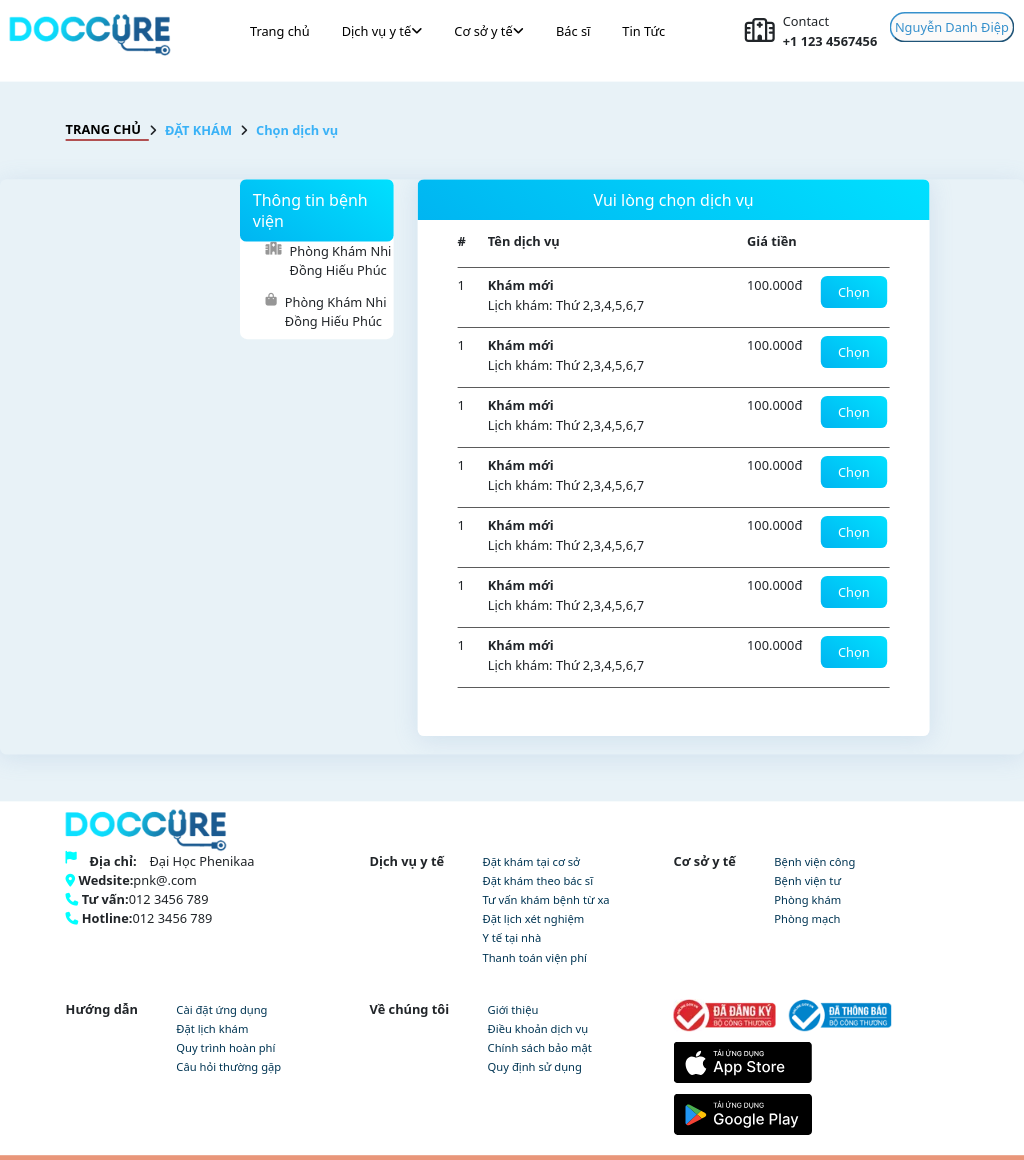
Repository: tuanminhh03/DACS-Complete
Page: http://localhost/web-user/datkhamvoibacsi.php
An editor plug-in stored every save of this project. The page is shown before and after the next save, followed by the edit.
The browser window is 1280 px wide. The pictures show the whole page, at 80% of full size.
The page is run by PHP 8.4 with error messages shown; the project is at /var/www/html/.

Above is the page before, as saved 2023-11-11 17:52:18.

After the next save:
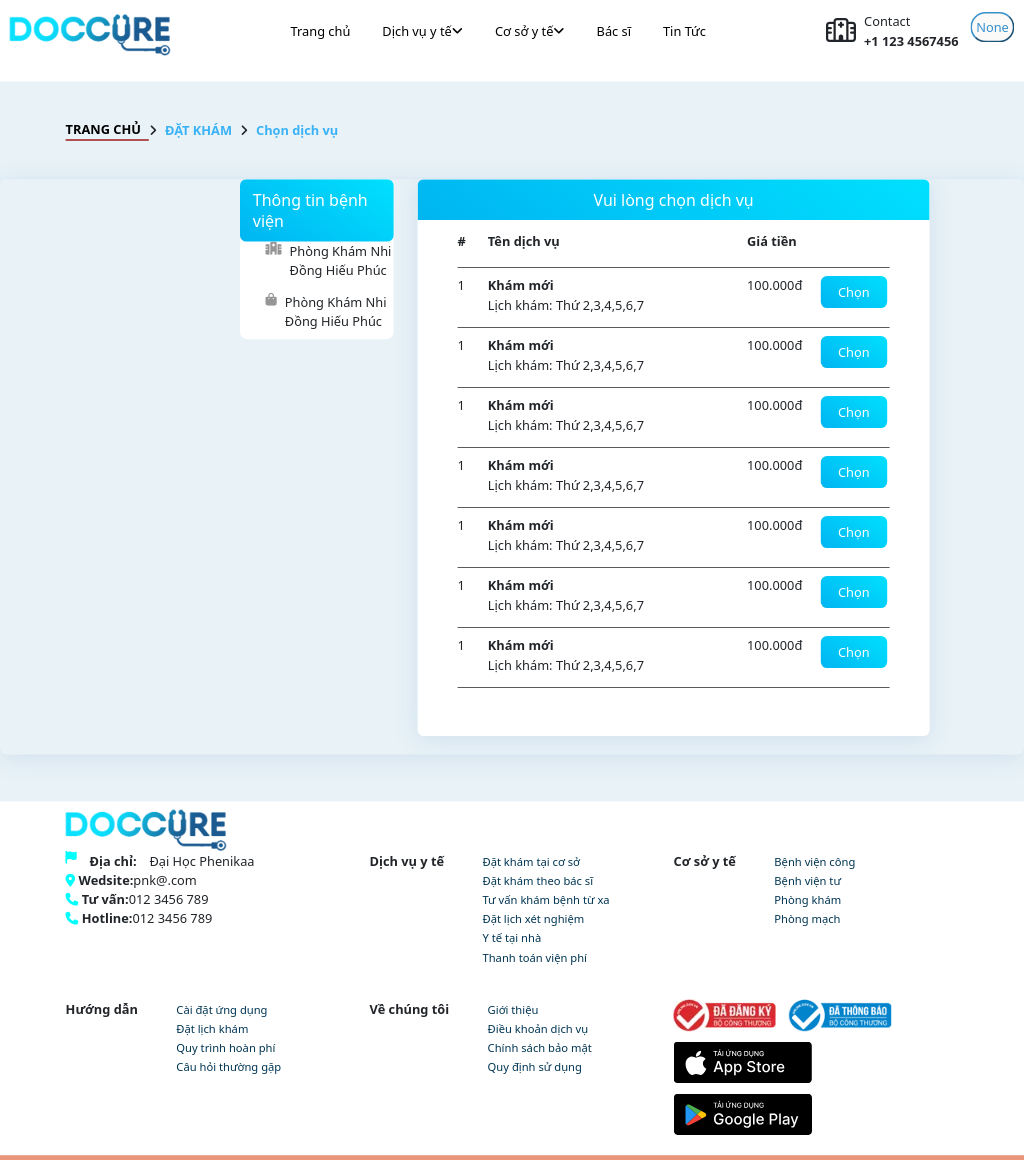
Saved 2 min 51 s later.
--- a/web-user/datkhamvoibacsi.php
+++ b/web-user/datkhamvoibacsi.php
@@ -1,5 +1,6 @@
 <!DOCTYPE html>
 <html lang="en">
+
 <head>
     <meta charset="UTF-8">
     <meta name="viewport" content="width=device-width, initial-scale=1.0">
@@ -9,6 +10,7 @@
     <link rel="stylesheet" href="./assest/css/datkhamvoi.css">
     <title>Document</title>
 </head>
+
 <body>
     <!-- Header -->
     <header class="doccure_header">
@@ -29,11 +31,11 @@
                         <li class="menu_item">
                             <a href="service.html">Dịch vụ y tế<i class="fa-solid fa-angle-down"></i></a>
                             <div class="subnav" style="width: 160px;">
-                                    <a href="./service.html">Đặt khám tại cơ sở</a>
-                                    <a href="./service2.html">Đặt khám theo bác sĩ</a>
-                                    <a href="#">Tư vấn khám bệnh từ xa</a>
-                                    <a href="./service3.html">Đặt lịch xét nghiệm</a>
-                                    <a href="#">Y tế tại nhà</a>
+                                <a href="./service.html">Đặt khám tại cơ sở</a>
+                                <a href="./service2.html">Đặt khám theo bác sĩ</a>
+                                <a href="#">Tư vấn khám bệnh từ xa</a>
+                                <a href="./service3.html">Đặt lịch xét nghiệm</a>
+                                <a href="#">Y tế tại nhà</a>
                             </div>
                         </li>
                         <li class="menu_item">
@@ -62,13 +64,27 @@
                                 <p class="contact_info_header"><b>+1 123 4567456</b></p>
                             </div>
                             <div class="style_user">
-                                <button class="user">Nguyễn Danh Điệp</button>
+                                <button class="user">
+                                    <?php
+                                    session_start();
+                                    if (isset($_SESSION["username"])) {
+                                        echo $_SESSION["username"];
+                                    } else {
+                                        echo "None";
+                                    }
+                                    ?>
+                                </button>
                                 <div class="subnav">
-                                    <a href="./thongtincanhan.html"><i class="fa-solid fa-address-card" style="margin-right: 15px;"></i>Hồ Sơ Bệnh Nhân</a>
-                                    <a href="./lichkhamuser.html"><i class="fa-solid fa-calendar-days" style="margin-right: 15px;"></i>Lịch Khám Bệnh</a>
-                                    <a href="#"><i class="fa-solid fa-bell" style="margin-right: 15px;"></i>Thông báo</a>
-                                    <a href="./updatehosobenhan.html"><i class="fa-solid fa-pen-to-square" style="margin-right: 15px;"></i>Cập nhập hồ sơ</a>
-                                    <a href="#" style="color: #e10e0e;"><i class="fa-solid fa-right-from-bracket" style="color: #e10e0e;margin-right: 15px;"></i>Đăng xuất</a>
+                                    <a href="./thongtincanhan.html"><i class="fa-solid fa-address-card"
+                                            style="margin-right: 15px;"></i>Hồ Sơ Bệnh Nhân</a>
+                                    <a href="./lichkhamuser.html"><i class="fa-solid fa-calendar-days"
+                                            style="margin-right: 15px;"></i>Lịch Khám Bệnh</a>
+                                    <a href="#"><i class="fa-solid fa-bell" style="margin-right: 15px;"></i>Thông
+                                        báo</a>
+                                    <a href="./updatehosobenhan.html"><i class="fa-solid fa-pen-to-square"
+                                            style="margin-right: 15px;"></i>Cập nhập hồ sơ</a>
+                                    <a href="#" style="color: #e10e0e;"><i class="fa-solid fa-right-from-bracket"
+                                            style="color: #e10e0e;margin-right: 15px;"></i>Đăng xuất</a>
                                 </div>
                             </div>
                         </div>
@@ -94,7 +110,7 @@
                         <span>Thông tin bệnh viện</span>
                     </div>
                     <ul>
-                        <li style="display: flex;" >
+                        <li style="display: flex;">
                             <i class="fa-solid fa-hospital" style="color: #969696; padding-right: 10px;"></i>
                             <p>Phòng Khám Nhi Đồng Hiếu Phúc</p>
                         </li>
@@ -216,14 +232,14 @@
                                     <strong>Địa chỉ:</strong>Đại Học Phenikaa
                                 </div>
                                 <div class="doccure-address">
-                                    <i class="fas fa-map-marker-alt"style="color: aqua;"></i>
+                                    <i class="fas fa-map-marker-alt" style="color: aqua;"></i>
                                     <strong>Wedsite:</strong>pnk@.com
                                 </div>
                                 <div class="doccure-address-hotline">
-                                    <i class="fas fa-phone"style="color: aqua;"></i>
+                                    <i class="fas fa-phone" style="color: aqua;"></i>
                                     <strong>Tư vấn:</strong>012 3456 789
                                     <br>
-                                    <i class="fas fa-phone"style="color: aqua;"></i>
+                                    <i class="fas fa-phone" style="color: aqua;"></i>
                                     <strong>Hotline:</strong>012 3456 789
                                 </div>
                             </div>
@@ -300,8 +316,9 @@
     </div>
     <footer>
 
-      </footer>
+    </footer>
     <script src="./boostrap/bootstrap.min.js"></script>
     <script src="./jquery/code.jquery.com_jquery-3.7.1.min.js"></script>
 </body>
+
 </html>
